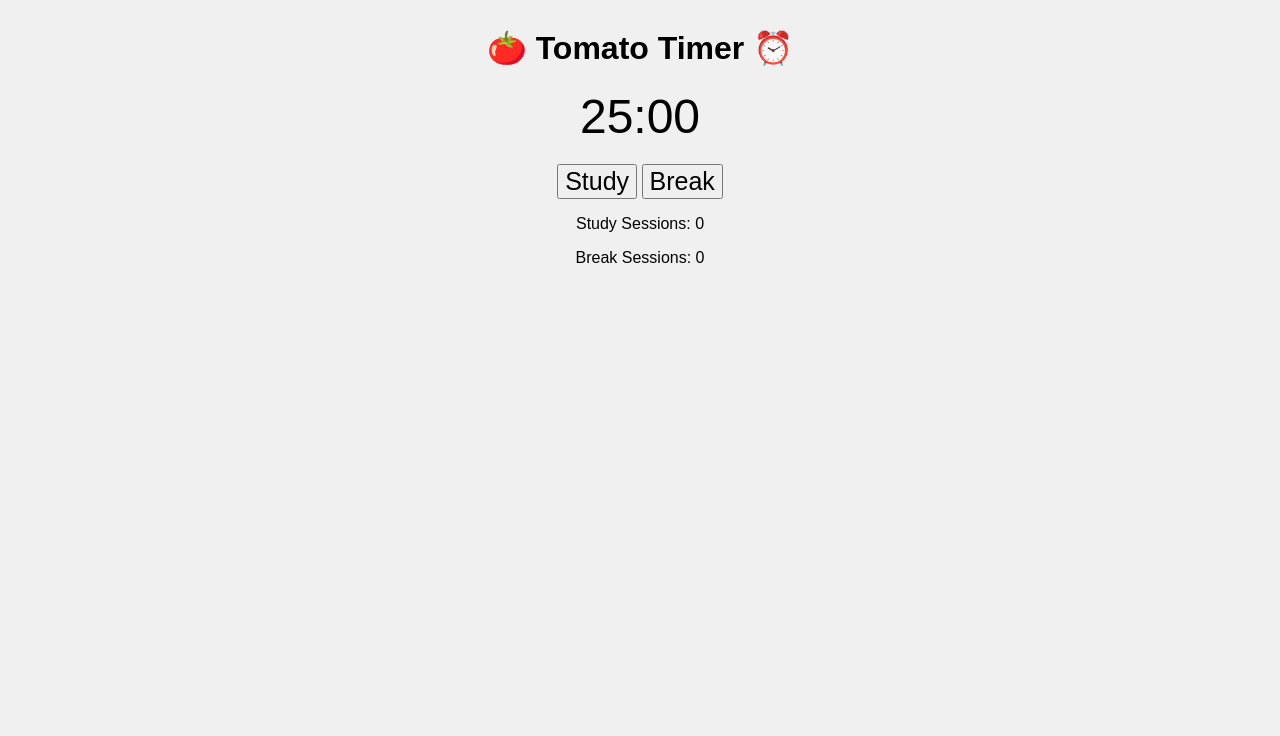
Repository: valentinaarojas/tomato-timer
Page: index.html
These files come from the project's save history. The page is drawn as it stood at one moment and after the next save; the edit follows.
The browser window is 1280 px wide. The pictures show the whole page.

Above is the page before, as saved 2025-02-06 20:05:19.

### index.html
<!DOCTYPE html>
<html lang="en">
<head>
    <title>Tomato Timer</title>
    <link rel="stylesheet" href="styles.css">
</head>
<body>
    <div id="container">
        <h1>🍅 Tomato Timer ⏰</h1>
        <div id="timer-display">
            <span id="time-left">25:00</span>
        </div>
        <div id="buttons">
            <button id="study-btn">Study</button>
            <button id="break-btn">Break</button>
        </div>
        <div id="session-count">
            <p>Study Sessions: <span id="study-count">0</span></p>
            <p>Break Sessions: <span id="break-count">0</span></p>
        </div>
    </div>
</body>
</html>

### styles.css
body {
    font-family: Arial, sans-serif;
    background-color: #f0f0f0;
    display: flex;
    justify-content: center;
    text-align: center;
    height: 100vh;
}

.container {
    text-align: center;
}

#timer-display {
    margin: 20px 0;
    font-size: 48px;
}

#buttons button {
    font-size: 25px;
}

After the next save:
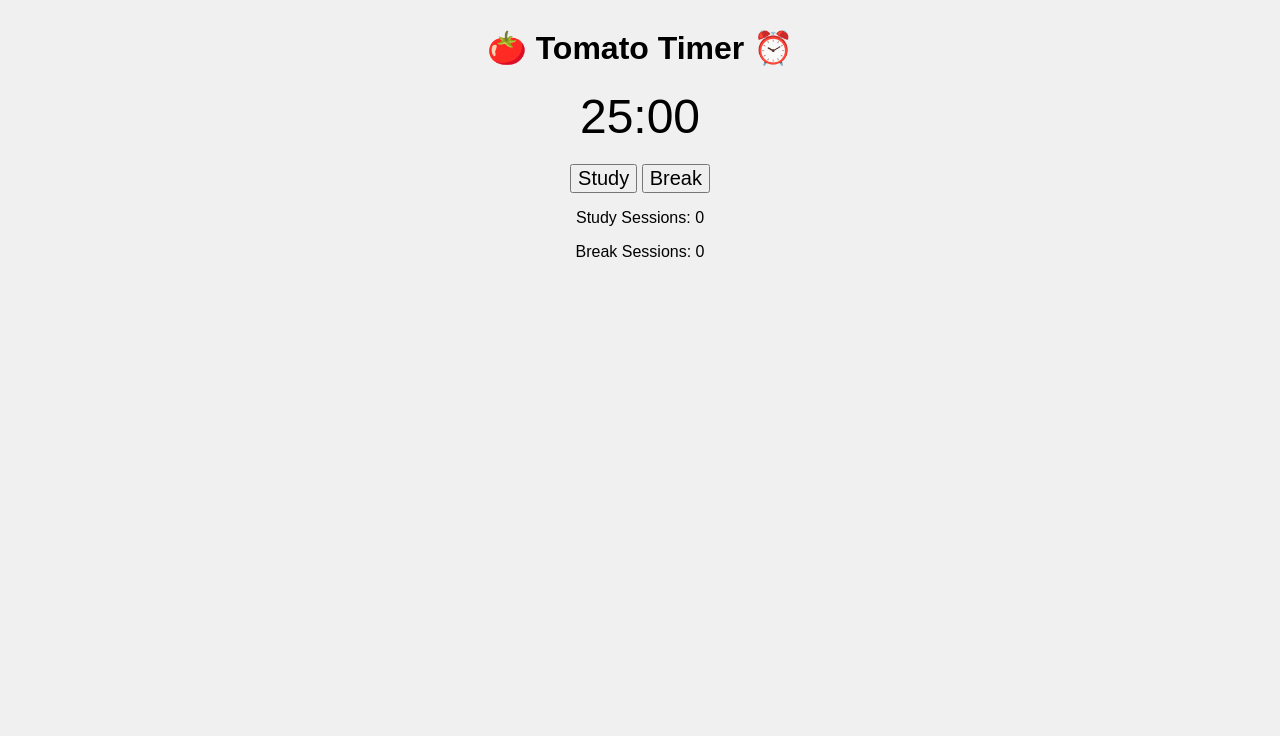
Saved 7 s later.
--- a/styles.css
+++ b/styles.css
@@ -17,5 +17,5 @@ body {
 }
 
 #buttons button {
-    font-size: 25px;
+    font-size: 20px;
 }
